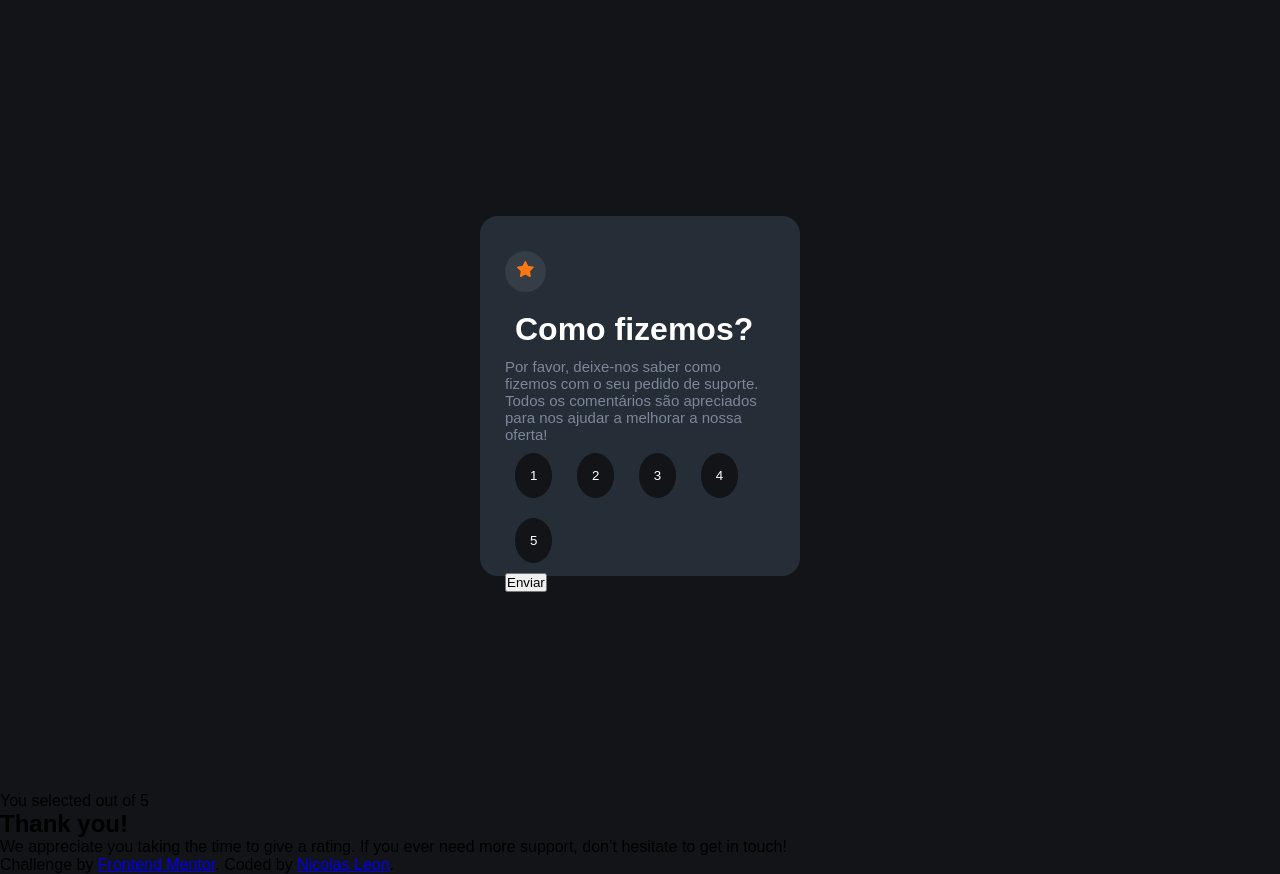
Repository: Leonngc/projeto-avaliacao
Page: index.html
The author's editor kept a copy of each file at every save. The page is drawn from the files as they stood at one save, then again after the next save.
The browser window is 1280 px wide. The pictures show the whole page.
Some web fonts or font styles are not loaded; a fallback is used.

Above is the page before, as saved 2023-01-25 23:34:26.

### index.html
<!DOCTYPE html>
<html lang="en">
<head>
  <meta charset="UTF-8">
  <meta name="viewport" content="width=device-width, initial-scale=1.0"> <!-- displays site properly based on user's device -->

  <link rel="icon" type="image/png" sizes="32x32" href="./images/favicon-32x32.png">

  <title>Frontend Mentor | Interactive rating component</title>

  <link rel="stylesheet" href="styles/style.css">
</head>
<body>

  <!-- Rating state start -->
<form id="avaliation-form">

  <span id="icon-star">
    <img src="images/icon-star.svg" alt="">
  </span>

    <h1>Como fizemos?</h1>

    <p>
      Por favor, deixe-nos saber como fizemos com o seu pedido de suporte. Todos os comentários são apreciados
      para nos ajudar a melhorar a nossa oferta!
    </p>

    <div id="avaliation-btns">
      <input type="button" value="1" class="avaliation">
      <input type="button" value="2" class="avaliation">
      <input type="button" value="3"  class="avaliation">
      <input type="button" value="4"  class="avaliation">
      <input type="button" value="5"  class="avaliation">
    </div>

    <input type="submit" onclick="sent()" value="Enviar"></input>
</form>

  <!-- Rating state end -->

  <!-- Thank you state start -->

  <section id="result-avaliation">
    <p id="avaliacao-user">You selected <!-- Add rating here --> out of 5</p>
    <h1>Thank you!</h1>
    <p>
      We appreciate you taking the time to give a rating. If you ever need more support,
      don’t hesitate to get in touch!
    </p>
  </section>

  <!-- Thank you state end -->


  <div class="attribution">
    Challenge by <a href="https://www.frontendmentor.io?ref=challenge" target="_blank">Frontend Mentor</a>.
    Coded by <a href="#">Nicolas Leon</a>.
  </div>
</body>
</html>

### styles/style.css
@import url('https://fonts.googleapis.com/css2?family= Viaduto & display = swap');
:root{
    --very-dark-blue:hsl(216, 12%, 8%);
    --dark-blue:hsl(213, 19%, 18%);
    --medium-grey: hsl(216, 12%, 54%);
    --light-grey:hsl(217, 12%, 63%);
}

*{
    margin: 0;
    padding: 0;
    box-sizing: border-box;
}

body{
    background-color:var(--very-dark-blue);
    font-family: 'Overpass', sans-serif;
}
span{
    background-color: rgba(255, 255, 255, 0.074);
    padding: 12px;
    border-radius: 50%;
    text-align: center;
}

span > img{
    margin-top: 20px;
}

#avaliation-form{
    background-color:var(--dark-blue);
    width: 25vw;
    height: 50vh;
    padding: 25px;
    margin: 30vh auto;
    color: white;
    border-radius: 18px;
}

#avaliation-form > h1{
    padding: 10px;
    margin-top: 20px;
}

#avaliation-form > p{
    color:var(--medium-grey);
    font-size: 15px;
}

.avaliation{
    margin: 10px;
    border-radius: 50%;
    padding: 15px;
    border: none;
    background-color: var(--very-dark-blue);
    color: white;
}

After the next save:
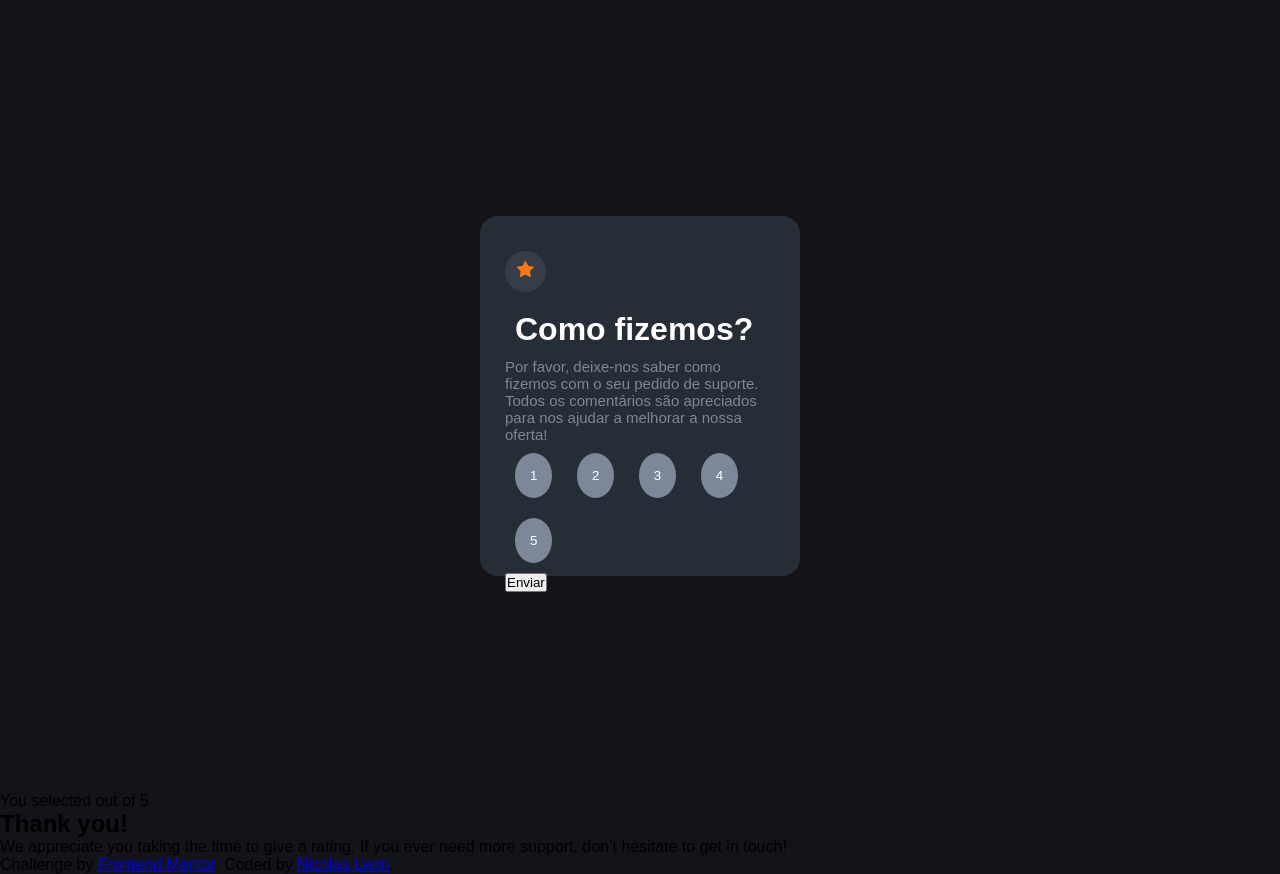
Saved 21 s later.
--- a/styles/style.css
+++ b/styles/style.css
@@ -52,6 +52,6 @@ span > img{
     border-radius: 50%;
     padding: 15px;
     border: none;
-    background-color: var(--very-dark-blue);
+    background-color: var(--medium-grey);
     color: white;
 }
